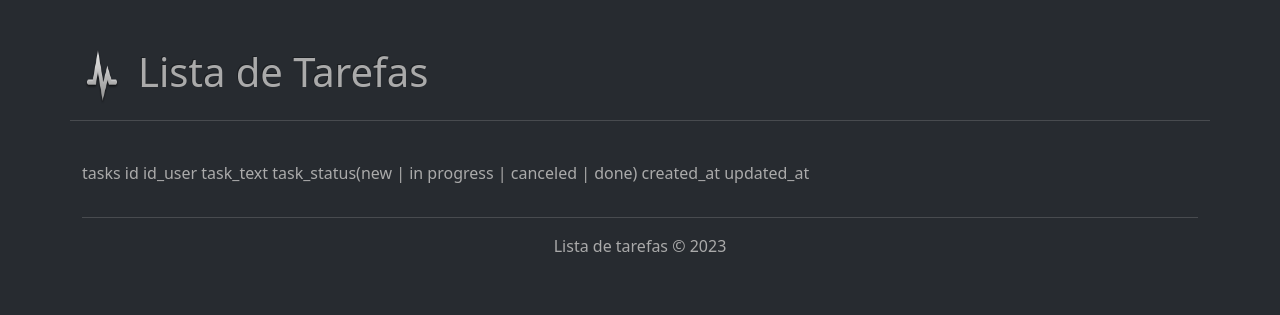
Repository: cargugati/lista_tarefas
Page: frontEnd/new_task.html
These files come from the project's save history. The page is drawn as it stood at one moment and after the next save; the edit follows.
The browser window is 1280 px wide. The pictures show the whole page.

Above is the page before, as saved 2023-03-30 10:22:30.

After the next save:
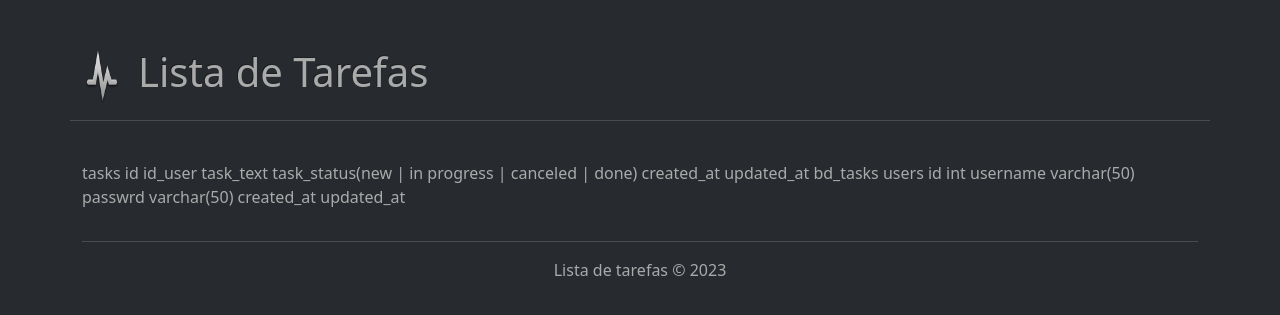
Saved 86 s later.
--- a/frontEnd/new_task.html
+++ b/frontEnd/new_task.html
@@ -36,6 +36,14 @@
     created_at
     updated_at
 
+    bd_tasks
+    users
+    id int
+    username varchar(50)
+    passwrd varchar(50)
+    created_at
+    updated_at
+
 
 
 
